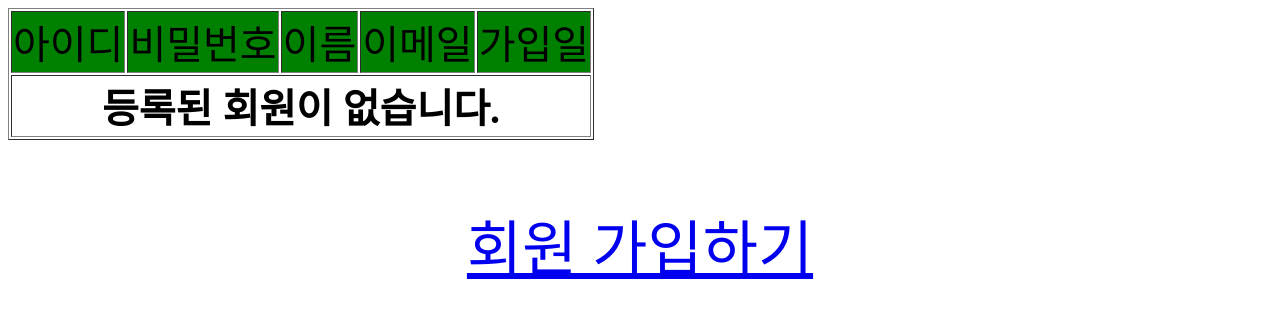
Repository: AhnHyeongSu/GreenComputer
Page: http://localhost/pro17/listMembers.jsp
An editor plug-in stored every save of this project. The page is shown before and after the next save, followed by the edit.
The browser window is 1280 px wide. The pictures show the whole page.
The page is served by Tomcat 9.

Above is the page before, as saved 2022-08-05 04:00:10.

After the next save:
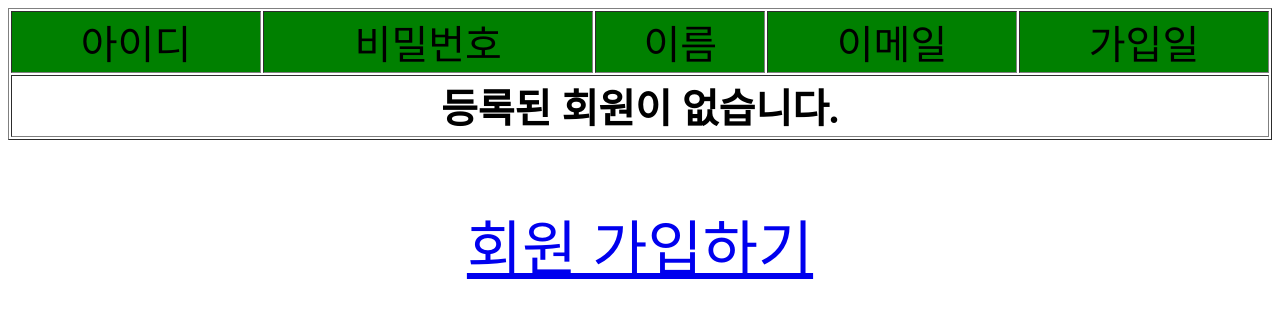
Saved 51 s later.
--- a/04.DB&SQL&JSP/교육/JSP/pro17/src/main/webapp/listMembers.jsp
+++ b/04.DB&SQL&JSP/교육/JSP/pro17/src/main/webapp/listMembers.jsp
@@ -21,7 +21,7 @@ text-align: center;}
 </style>
 </head>
 <body>
-<table class="cls1" border="1">
+<table class="cls1" border="1" width="100%">
 <tr bgcolor="green" align="center">
 	<td>아이디</td>
 	<td>비밀번호</td>
